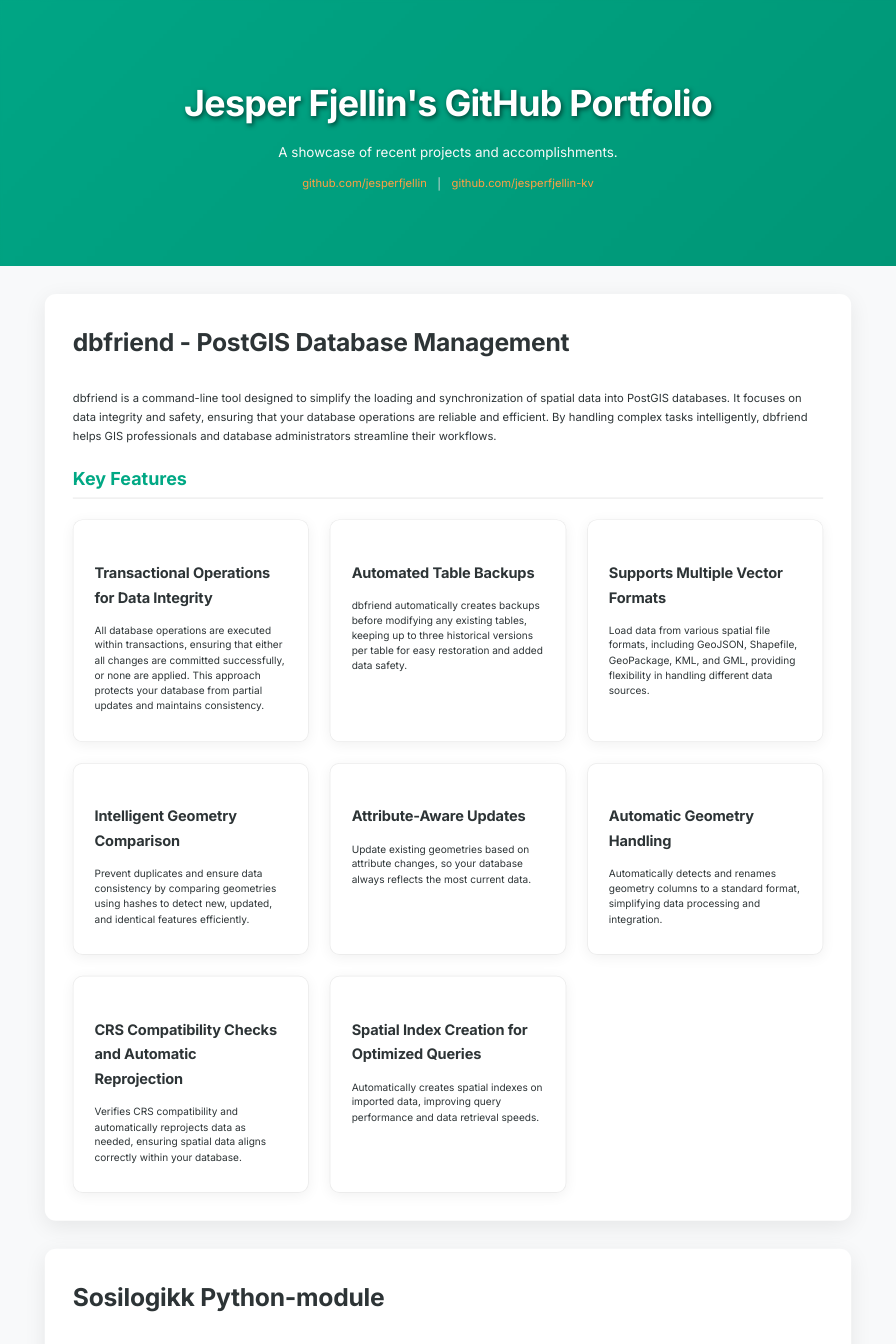
Repository: jesperfjellin/jesper-fjellin-pages
Page: index.html
An editor plug-in stored every save of this project. The page is shown before and after the next save, followed by the edit.
The browser window is 1280 px wide. The pictures show the part of the page from y = 0 to 1920 px (the page is 5364 px tall before and 5361 px after), at 70% of full size.

Above is the page before, as saved 2024-11-08 00:41:45.

### index.html
<!DOCTYPE html>
<html lang="en">
<head>
    <meta charset="UTF-8">
    <meta name="viewport" content="width=device-width, initial-scale=1.0">
    <title>Jesper Fjellin's Github Pages</title>
    <link href="https://fonts.googleapis.com/css2?family=Inter:wght@400;500;600;700&display=swap" rel="stylesheet">
    <style>
        /* General Styles */
        :root {
            --primary-color: #00b894;     /* Fresh mint green */
            --secondary-color: #00a884;   /* Darker mint */
            --accent-color: #ff9f43;      /* Warm orange */
            --text-color: #2d3436;        /* Softer dark */
            --bg-color: #f8f9fa;          /* Lighter background */
            --card-bg: #ffffff;
            --shadow: 0 8px 30px rgba(0, 0, 0, 0.08);
            --transition: all 0.3s cubic-bezier(0.4, 0, 0.2, 1);
        }

        body {
            font-family: 'Inter', 'Segoe UI', sans-serif;
            line-height: 1.7;
            margin: 0;
            padding: 0;
            background-color: var(--bg-color);
            color: var(--text-color);
        }

        a {
            color: var(--accent-color);
            text-decoration: none;
            transition: all 0.3s ease;
            border-bottom: 1px solid transparent;
        }

        a:hover {
            color: var(--secondary-color);
            border-bottom-color: var(--secondary-color);
        }

        /* Enhanced Header Style */
        header {
            background: linear-gradient(135deg, var(--primary-color), var(--secondary-color));
            position: relative;
            height: 380px;
            display: flex;
            align-items: center;
            justify-content: center;
            text-align: center;
            color: #fff;
            overflow: hidden;
        }

        header::before {
            content: "";
            position: absolute;
            top: 0;
            left: 0;
            width: 100%;
            height: 100%;
            background: rgba(0, 0, 0, 0.1);
            backdrop-filter: blur(2px);
            z-index: 1;
        }

        .header-content {
            position: relative;
            z-index: 2;
            max-width: 800px;
            padding: 0 20px;
        }

        .header-content h1 {
            font-size: 3.2em;
            letter-spacing: -0.02em;
            font-weight: 800;
            margin: 0;
            padding-bottom: 10px;
            color: #fff;
            text-shadow: 2px 2px 8px rgba(0, 0, 0, 0.6);
        }

        .header-content p {
            font-size: 1.2em;
            margin: 0 0 15px;
            color: #f9f9f9;
        }

        .github-links {
            display: flex;
            justify-content: center;
            align-items: center;
            gap: 15px;
            font-size: 1em;
        }

        .github-links a {
            color: var(--accent-color);
            text-decoration: none;
            transition: color 0.3s ease;
        }

        .github-links a:hover {
            color: #ffbd59;
        }

        .github-links span {
            color: #ddd;
        }

        /* Container */
        .container {
            width: 90%;
            max-width: 1400px;
            margin: 40px auto;
            padding: 0 20px;
        }

        /* Enhanced Project Section */
        .project {
            background-color: var(--card-bg);
            margin: 40px 0;
            padding: 40px;
            border-radius: 16px;
            box-shadow: var(--shadow);
            border-left: none;
            transition: var(--transition);
        }

        .project:hover {
            transform: translateY(-3px);
            box-shadow: 0 12px 40px rgba(0, 0, 0, 0.12);
        }

        .project h2 {
            font-size: 2.2em;
            color: var(--text-color);
            border-bottom: none;
            letter-spacing: -0.01em;
            margin-top: 0;
            padding-bottom: 15px;
            margin-bottom: 20px;
        }

        .project p {
            margin-bottom: 10px;
            color: var(--text-color);
        }

        .project iframe {
            border: none;
            width: 100%;
            height: 400px;
            border-radius: 12px;
            margin-bottom: 10px;
            box-shadow: var(--shadow);
        }

        /* Centered Content */
        .centered-content {
            padding: 10px;
            margin: 0 auto 20px auto;
            width: 80%;
            text-align: center;
        }

        .centered-content img {
            max-width: 100%;
            border-radius: 14px;
            box-shadow: var(--shadow);
            transition: var(--transition);
            margin-top: 10px;
        }

        .centered-content img:hover {
            transform: scale(1.02);
        }

        .centered-content p {
            margin-top: 10px;
            font-size: 0.9em;
            color: var(--text-color);
        }

        /* Features Section */
        .features {
            margin-top: 20px;
        }

        .features h3 {
            font-size: 1.6em;
            color: var(--secondary-color);
            border-bottom: 1px solid #ddd;
            padding-bottom: 5px;
        }

        .feature-cards {
            display: grid;
            grid-template-columns: repeat(auto-fit, minmax(280px, 1fr));
            gap: 30px;
            margin-top: 30px;
        }

        .feature-card {
            background: var(--card-bg);
            border: 1px solid rgba(0, 0, 0, 0.08);
            border-radius: 14px;
            padding: 30px;
            box-shadow: 0 4px 20px rgba(0, 0, 0, 0.06);
            transition: var(--transition);
        }

        .feature-card:hover {
            transform: translateY(-3px);
            box-shadow: 0 8px 25px rgba(0, 0, 0, 0.1);
            border-color: var(--primary-color);
        }

        .feature-card h4 {
            color: var(--text-color);
            font-size: 1.3em;
            margin-bottom: 18px;
            letter-spacing: -0.01em;
        }

        .feature-card p {
            color: var(--text-color);
            font-size: 0.9em;
            line-height: 1.5;
        }

        /* Responsive Design */
        @media (max-width: 768px) {
            header {
                height: 250px;
            }

            .header-content h1 {
                font-size: 2em;
            }

            .header-content p {
                font-size: 1em;
            }

            .github-links {
                font-size: 0.9em;
            }

            .container {
                width: 95%;
                padding: 0 10px;
            }

            .project {
                padding: 20px;
            }

            .feature-cards {
                grid-template-columns: 1fr;
            }
        }
    </style>
</head>
<body>
    <header>
        <div class="header-content">
            <h1>Jesper Fjellin's GitHub Portfolio</h1>
            <p>A showcase of recent projects and accomplishments.</p>
            <div class="github-links">
                <a href="https://github.com/jesperfjellin" target="_blank">github.com/jesperfjellin</a>
                <span>|</span>
                <a href="https://github.com/jesperfjellin-kv" target="_blank">github.com/jesperfjellin-kv</a>
            </div>
        </div>
    </header>

    <div class="container">
        <!-- Project 1 -->
        <div class="project">
            <h2>dbfriend - PostGIS Database Management</h2>
            <p>dbfriend is a command-line tool designed to simplify the loading and synchronization of spatial data into PostGIS databases. It focuses on data integrity and safety, ensuring that your database operations are reliable and efficient. By handling complex tasks intelligently, dbfriend helps GIS professionals and database administrators streamline their workflows.</p>

            <!-- Feature Cards -->
            <div class="features">
                <h3>Key Features</h3>
                <div class="feature-cards">
                    <div class="feature-card">
                        <h4>Transactional Operations for Data Integrity</h4>
                        <p>All database operations are executed within transactions, ensuring that either all changes are committed successfully, or none are applied. This approach protects your database from partial updates and maintains consistency.</p>
                    </div>
                    <div class="feature-card">
                        <h4>Automated Table Backups</h4>
                        <p>dbfriend automatically creates backups before modifying any existing tables, keeping up to three historical versions per table for easy restoration and added data safety.</p>
                    </div>
                    <div class="feature-card">
                        <h4>Supports Multiple Vector Formats</h4>
                        <p>Load data from various spatial file formats, including GeoJSON, Shapefile, GeoPackage, KML, and GML, providing flexibility in handling different data sources.</p>
                    </div>
                    <div class="feature-card">
                        <h4>Intelligent Geometry Comparison</h4>
                        <p>Prevent duplicates and ensure data consistency by comparing geometries using hashes to detect new, updated, and identical features efficiently.</p>
                    </div>
                    <div class="feature-card">
                        <h4>Attribute-Aware Updates</h4>
                        <p>Update existing geometries based on attribute changes, so your database always reflects the most current data.</p>
                    </div>
                    <div class="feature-card">
                        <h4>Automatic Geometry Handling</h4>
                        <p>Automatically detects and renames geometry columns to a standard format, simplifying data processing and integration.</p>
                    </div>
                    <div class="feature-card">
                        <h4>CRS Compatibility Checks and Automatic Reprojection</h4>
                        <p>Verifies CRS compatibility and automatically reprojects data as needed, ensuring spatial data aligns correctly within your database.</p>
                    </div>
                    <div class="feature-card">
                        <h4>Spatial Index Creation for Optimized Queries</h4>
                        <p>Automatically creates spatial indexes on imported data, improving query performance and data retrieval speeds.</p>
                    </div>
                </div>
            </div>
        </div>

        <!-- Project 2 -->
        <div class="project">
            <h2>Sosilogikk Python-module</h2>
            <p>Sosilogikk is a Python module intended to streamline the use of Python libraries like Shapely or Fiona for GIS analyses, on the Norwegian vector data format SOSI (Samordnet Opplegg for Stedfestet Informasjon). Sosilogikk allows the user to seamlessly load a .SOS file into a GeoPandas GeoDataFrame through only a few lines of code. <a href="https://github.com/jesperfjellin/sosilogikk" target="_blank">Github repo</a>.</p>

            <div class="centered-content">
                <img src="images/SOSI-file.png" alt="Example SOSI-file">
                <p>Example structure of a vector object in a SOSI-file. The dot- and coordinates-format makes it difficult to use with Python libraries.</p>
            </div>

            <div class="centered-content">
                <img src="images/GDF_sosi.png" alt="Example SOSI-file loaded into GeoDataFrame">
                <p>Sosilogikk applied to a large SOSI-file, resulting in an excel-like table.</p>
            </div>

            <p>Using the .to_file method, you can easily export the GeoDataFrame to any OGR-supported vector format, allowing software like ArcGIS or QGIS to be used.</p>

            <div class="centered-content">
                <img src="images/flatgeobuf_dreneringslinjer.png" alt="Drainage lines in Flatgeobuf format visualized in QGIS" style="max-width:50%;">
                <p>Drainage lines in Flatgeobuf format visualized in QGIS.</p>
            </div>
        </div>

        <!-- Project 3 -->
        <div class="project">
            <h2>Map Extractor: Retrieve text from PDFs</h2>
            <p>This Python script enables users to extract text information from specific regions of scanned paper maps stored as PDFs. It allows for easy selection of a Region of Interest (ROI) on one page and then scans the same area across all pages in the PDF, performing Optical Character Recognition (OCR) to extract text. The results are saved in a CSV file for easy analysis and retrieval. <a href="https://github.com/jesperfjellin/Map-Extractor" target="_blank">Github repo</a>.</p>

            <div class="centered-content">
                <img src="images/OCR_map_example.png" alt="Example ROI selection">
                <p>Example of how the region of interest selection works in the selected PDF. The red border to the center right is the ROI selector.</p>
            </div>

            <p>The output when the script is applied to the PDF above. OCR is not perfect and will need minor manual tweaks/configuring of settings in script to best suit the quality of your input PDF. Notice that the Trase string is missing an underscore between 'Trase' and the number sequence.</p>

            <div class="centered-content">
                <img src="images/output_example.png" alt="Example output from map PDF">
                <p>Example output from script.</p>
            </div>

            <p>The preprocess_image function is responsible for improving the accuracy OCR will have. If you are experiencing inaccurate results with Map Extractor, consider tweaking these parameters.</p>

            <div class="centered-content">
                <img src="images/preprocess_image_tuning.png" alt="Settings for tuning the configuration of OCR" style="max-width:50%;">
                <p>Preprocess_image function in the Map_Extractor.py script.</p>
            </div>
            <p>Potential further work: if you have all attributes displayed on the PDF, it should be possible to automatically create valid vector geometry from printed maps. This will require post-processing of the output data, to put it into a valid GeoJSON/GML/whatever structure, but also to clean up errors the OCR might have made. </p>
        </div>
    </div>
</body>
</html>

After the next save:
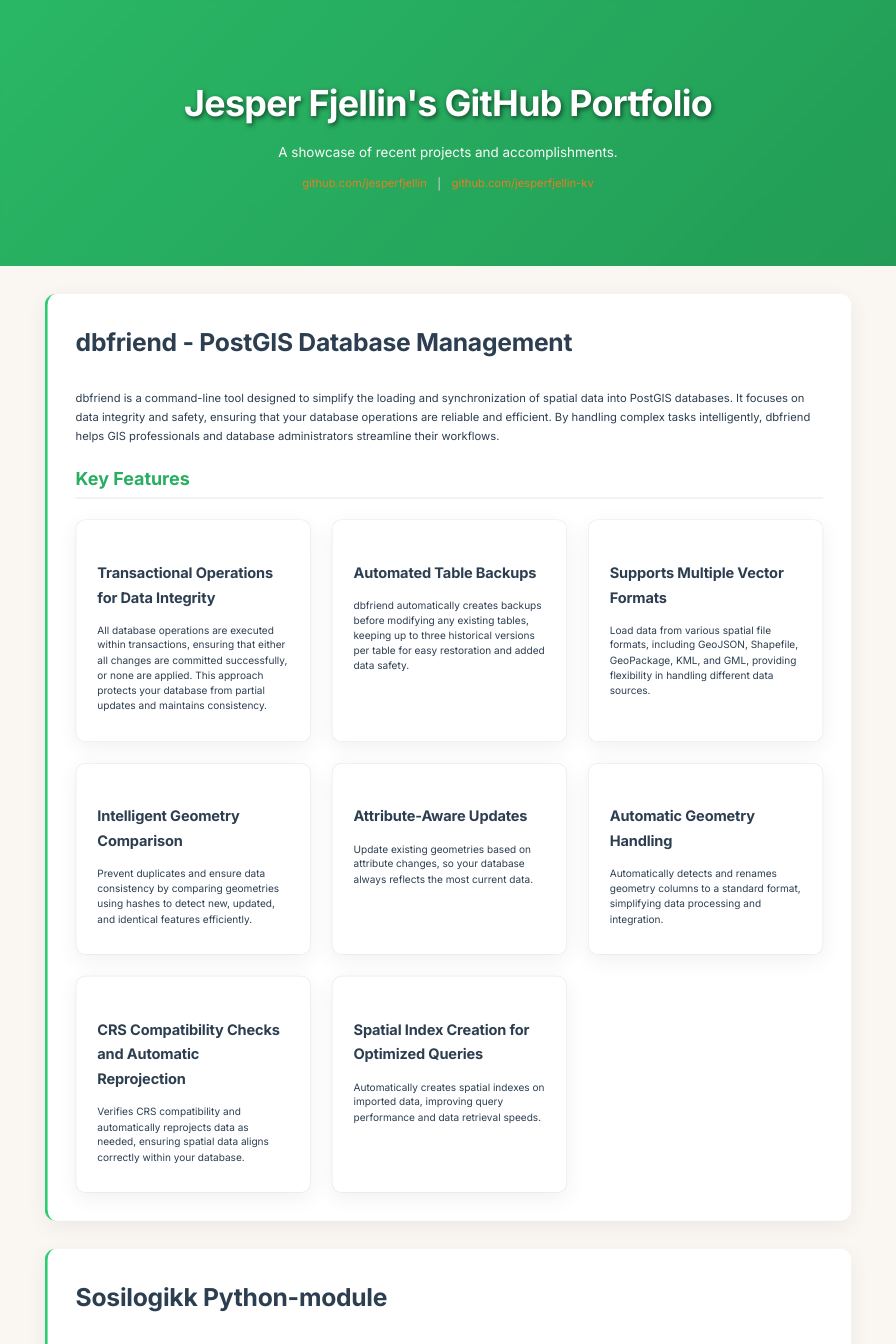
Saved 89 s later.
--- a/index.html
+++ b/index.html
@@ -8,13 +8,13 @@
     <style>
         /* General Styles */
         :root {
-            --primary-color: #00b894;     /* Fresh mint green */
-            --secondary-color: #00a884;   /* Darker mint */
-            --accent-color: #ff9f43;      /* Warm orange */
-            --text-color: #2d3436;        /* Softer dark */
-            --bg-color: #f8f9fa;          /* Lighter background */
-            --card-bg: #ffffff;
-            --shadow: 0 8px 30px rgba(0, 0, 0, 0.08);
+            --primary-color: #2ecc71;     /* Softer, calmer green */
+            --secondary-color: #27ae60;   /* Slightly darker green for depth */
+            --accent-color: #e67e22;      /* Warmer, softer orange */
+            --text-color: #2c3e50;        /* Softer dark blue-grey */
+            --bg-color: #faf6f1;          /* Warm cream background */
+            --card-bg: #ffffff;           /* Pure white for cards */
+            --shadow: 0 8px 30px rgba(0, 0, 0, 0.06);
             --transition: all 0.3s cubic-bezier(0.4, 0, 0.2, 1);
         }
 
@@ -35,7 +35,7 @@
         }
 
         a:hover {
-            color: var(--secondary-color);
+            color: #d35400;  /* Darker orange on hover */
             border-bottom-color: var(--secondary-color);
         }
 
@@ -124,13 +124,13 @@
             padding: 40px;
             border-radius: 16px;
             box-shadow: var(--shadow);
-            border-left: none;
+            border-left: 4px solid var(--primary-color);
             transition: var(--transition);
         }
 
         .project:hover {
             transform: translateY(-3px);
-            box-shadow: 0 12px 40px rgba(0, 0, 0, 0.12);
+            box-shadow: 0 12px 40px rgba(0, 0, 0, 0.08);
         }
 
         .project h2 {
@@ -207,13 +207,13 @@
             border: 1px solid rgba(0, 0, 0, 0.08);
             border-radius: 14px;
             padding: 30px;
-            box-shadow: 0 4px 20px rgba(0, 0, 0, 0.06);
+            box-shadow: var(--shadow);
             transition: var(--transition);
         }
 
         .feature-card:hover {
             transform: translateY(-3px);
-            box-shadow: 0 8px 25px rgba(0, 0, 0, 0.1);
+            box-shadow: 0 8px 25px rgba(0, 0, 0, 0.08);
             border-color: var(--primary-color);
         }
 
